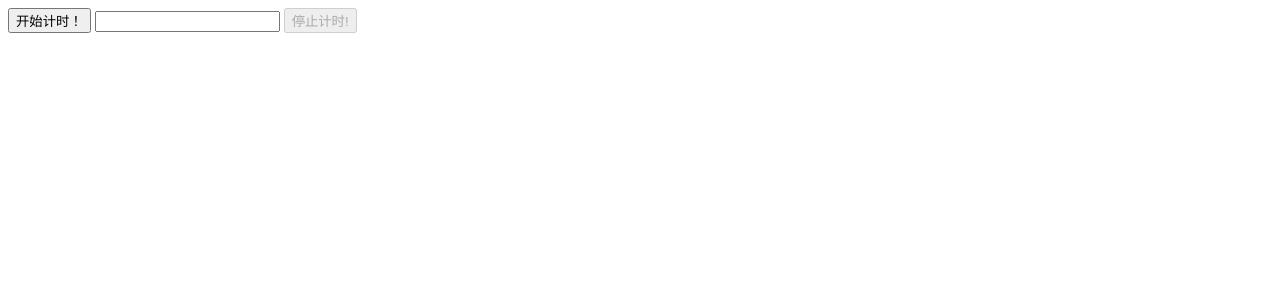
Repository: Nine-e/JSP_Study
Page: myweb/WebContent/a.html
An editor plug-in stored every save of this project. The page is shown before and after the next save, followed by the edit.
The browser window is 1280 px wide. The pictures show the whole page.

Above is the page before, as saved 2018-03-25 12:19:59.
Console error: SyntaxError: Invalid or unexpected token

### myweb/WebContent/a.html
<!DOCTYPE html>
<html>
<head>
<meta charset="UTF-8">
<title>count</title>
<script type="text/javascript">
var c=0;
var t;
function startCount(){
	var txt=document.getElementById('txt');
	txt.value=c;
	document.getElementById('start').disabled="disabled";
	document.getElementById('stop').disabled="";
	c=c+1;
	t=setTimeout(“startCount()”,1000);
}
function stopCount(){
	c=0;
	document.getElementById('txt').value=0;
	clearTimeout(t);
	document.getElementById("start").disabled="";
	document.getElementById("stop").disabled="disabled";
}
</script>
</head>
<body>

<form>
	<input type="button" value="开始计时！" onClick="startCount()" id="start">
	<input type="text" id="txt">
	<input type="button" value="停止计时!" onClick="stopCount()" disabled id="stop">
</form>

</body>
</html>

After the next save:
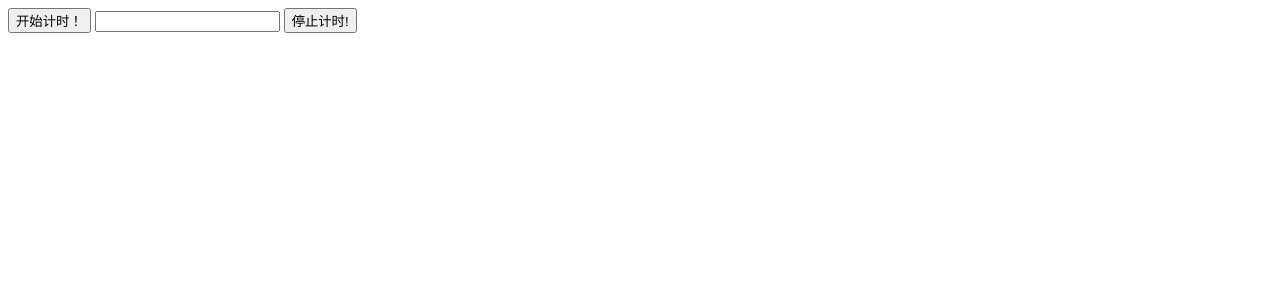
The error is gone.
Saved 5 min 53 s later.
--- a/myweb/WebContent/a.html
+++ b/myweb/WebContent/a.html
@@ -7,16 +7,17 @@
 var c=0;
 var t;
 function startCount(){
-	var txt=document.getElementById('txt');
+	var txt=document.getElementById("txt");
 	txt.value=c;
-	document.getElementById('start').disabled="disabled";
+	document.getElementById("start").disabled="disabled";
 	document.getElementById('stop').disabled="";
 	c=c+1;
-	t=setTimeout(“startCount()”,1000);
+	t=setTimeout("startCount()",1000);
+
 }
 function stopCount(){
 	c=0;
-	document.getElementById('txt').value=0;
+	document.getElementById("txt").value=0;
 	clearTimeout(t);
 	document.getElementById("start").disabled="";
 	document.getElementById("stop").disabled="disabled";
@@ -28,7 +29,7 @@ function stopCount(){
 <form>
 	<input type="button" value="开始计时！" onClick="startCount()" id="start">
 	<input type="text" id="txt">
-	<input type="button" value="停止计时!" onClick="stopCount()" disabled id="stop">
+	<input type="button" value="停止计时!" onClick="stopCount()"  id="stop">
 </form>
 
 </body>
